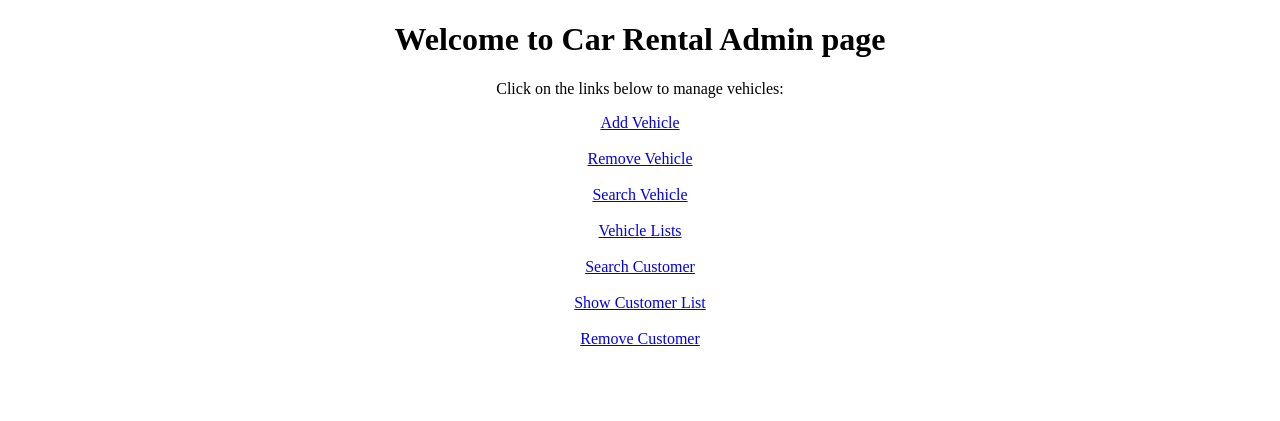
Repository: harsh23012/InfiniteProjects
Page: CarRent/carrent/src/main/webapp/AdminPage.html
An editor plug-in stored every save of this project. The page is shown before and after the next save, followed by the edit.
The browser window is 1280 px wide. The pictures show the whole page.

Above is the page before, as saved 2025-05-04 19:32:24.

After the next save:
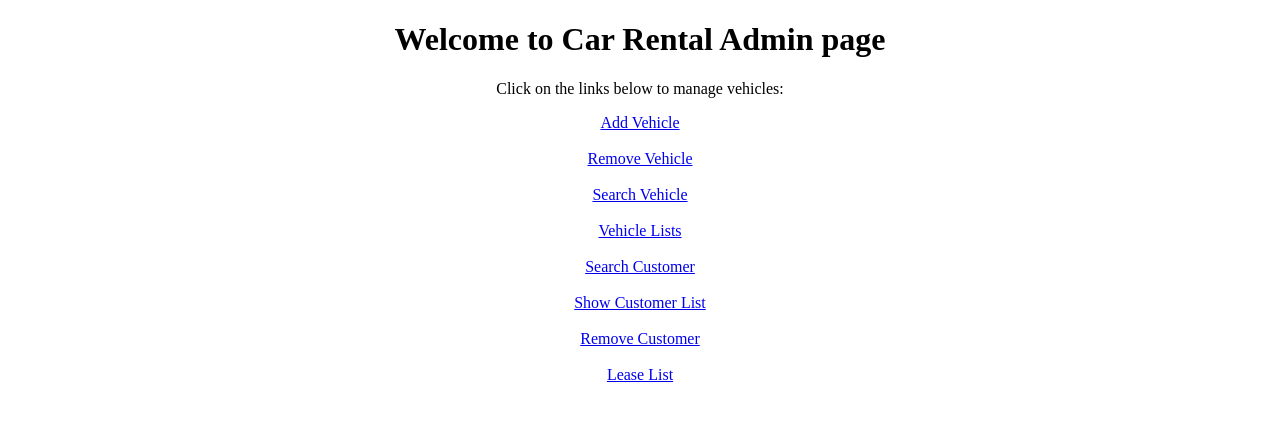
Saved 2 min 13 s later.
--- a/CarRent/carrent/src/main/webapp/AdminPage.html
+++ b/CarRent/carrent/src/main/webapp/AdminPage.html
@@ -29,7 +29,10 @@
         <a href="CustomerList.html">Show Customer List</a><br><br>
 
         <!-- Link to remove Customer -->
-        <a href="RemoveCustomer.html">Remove Customer</a>
+        <a href="RemoveCustomer.html">Remove Customer</a><br><br>
+
+        <!-- Link to remove Customer -->
+        <a href="LeaseList.html">Lease List</a>
 	</center>
 
 
